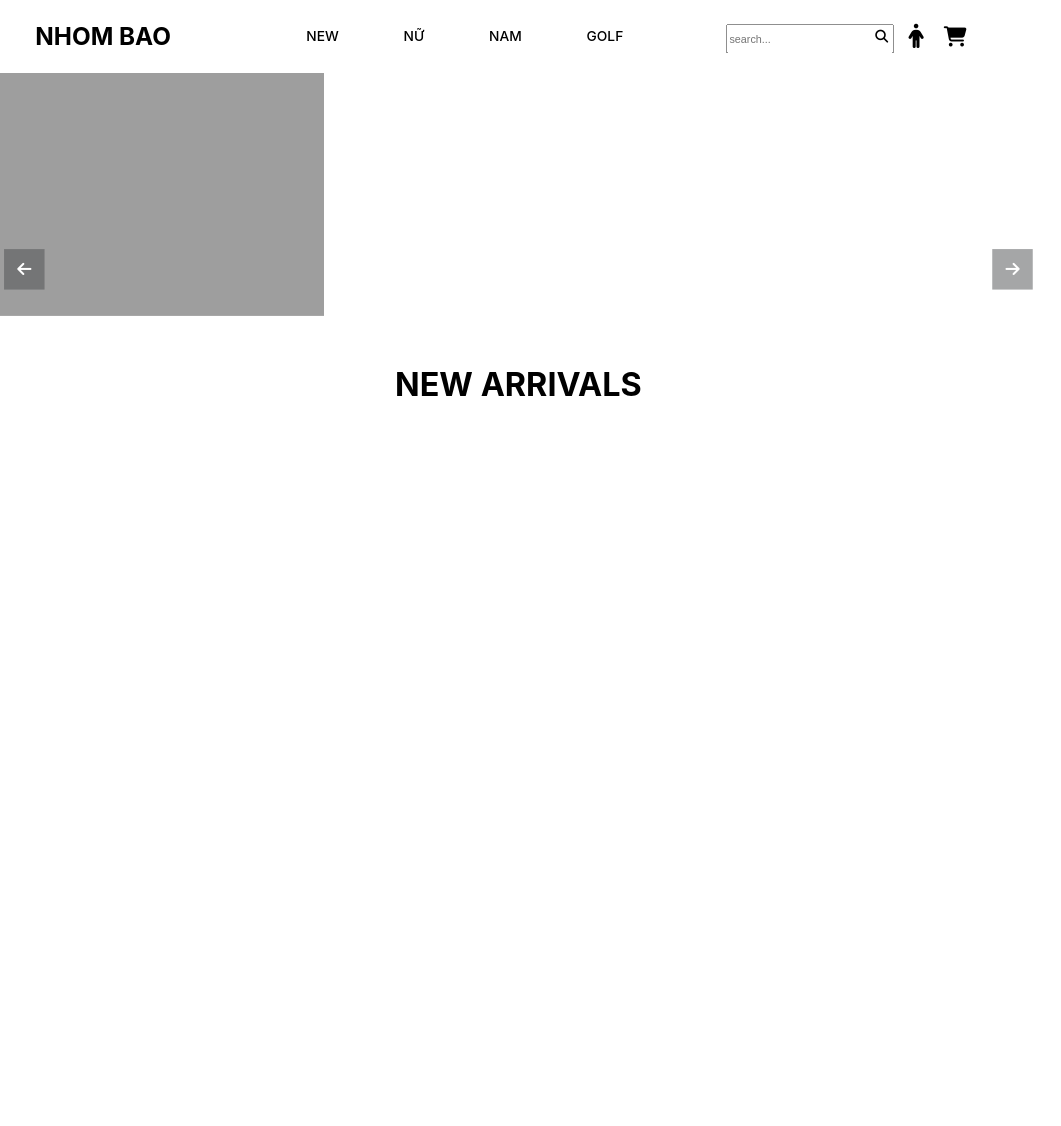
Repository: 0584386177/CuoiKiReactJs
Page: /
The author's editor kept a copy of each file at every save. The page is drawn from the files as they stood at one save, then again after the next save.
The browser window is 1280 px wide. The page is 1280 px wide, then 1310 px, so the pictures cover 1310 px, including what lies to the right of the window. The pictures show the whole page, at 81% of full size.
Pictures or frames that could not be fetched are drawn as grey boxes. The page's requests for data from a server got no answer. The project was rebuilt for these pictures with package versions that can differ from the ones it lists, and the page was loaded fresh each time. No one was signed in, and anything a server would have sent is missing. Also part of the build but not shown: src/components/Men/Men.jsx, src/components/Women/Women.jsx.

Above is the page before, as saved 2023-11-10 23:23:38.

### src/App.js
import React from 'react';
import Page from './components/Page/Page';
import { Route,Routes } from 'react-router-dom';
import Men from './components/Men/Men';
import Women from './components/Women/Women';

const App = () => {
  return (
    <div>
      <Routes>
        <Route path='/' element = {<Page></Page>}></Route>
        <Route path='/women' element = {<Women></Women>}></Route>
        <Route path='/men' element={<Men></Men>}></Route>
      </Routes>
    </div>
  );
};

export default App;

### src/components/Page/Page.jsx
import React from 'react';
import Header from './Header';
import styled from 'styled-components';
import Slider from './Slider';
import NewArrivals from './NewArrivals';
const PageWrapper = styled.div`
    width: 100%;
    height: 100vh;
    max-width:1980px;
    margin: 0 auto;

`
const Page = () => {
    return (
        <PageWrapper>
        <Header/>
        <Slider/>
        <NewArrivals/>
        </PageWrapper>
    );
};

export default Page;

### src/components/Page/Header.jsx
import React from "react";
import styled from "styled-components";

const HeaderWrapper = styled.div`
  width: 100%;
  height: 90px;
  display: flex;
  justify-content: space-around;
  align-items: center;
`;
const HeaderLogo = styled.div`
  font-size: 15px;
`;
const HeaderMenu = styled.div`
  ul {
    display: flex;
    list-style: none;

    li {
      padding: 10px 20px;

      a {
        display: block;
        padding: 10px 20px;
        text-decoration: none;
        color: #000;
        font-weight: 500;
        font-size: 17px;
        position: relative;
      }
      a::before {
        content: "";
        position: absolute;
        left: 0;
        bottom: 0;
        height: 2px;
        background: #000000;
        transition: all 0.3s ease;
      }
      a:hover::before {
        width: 100%;
        animation: fluent 0.5s forwards;
      }
    }

    @keyframes fluent {
      0% {
        width: 0px;
      }
      100% {
        width: 100%;
      }
    }
  }
`;
const HeaderFeatures = styled.div`
  display: flex;
  align-items: center;
  width: 340px;
  height: 100%;
`;
const HeaderSearch = styled.div`
  width: 200px;
  height: 30px;
  position: relative;

  input {
    width: 200px;
    height: 30px;
  }
  i {
    position: absolute;
    right: 0;
    top: 50%;
    transform: translateY(-50%);
  }
`;
const HeaderAccount = styled.div`
  margin: 0px 25px;
  font-size: 30px;
`;
const HeaderCart = styled.div`
    font-size: 25px;
`;

const Header = () => {
  return (
    <HeaderWrapper>
      <HeaderLogo>
        <h1>NHOM BAO</h1>
      </HeaderLogo>
      <HeaderMenu>
        <ul>
          <li>
            <a href="#">NEW</a>
          </li>
          <li>
            <a href="#">NỮ</a>
          </li>
          <li>
            <a href="#">NAM</a>
          </li>
          <li>
            <a href="#">GOLF</a>
          </li>
        </ul>
      </HeaderMenu>
      <HeaderFeatures>
        <HeaderSearch className="search">
          <input type="text" placeholder="search..."></input>
          <i class="fa-solid fa-magnifying-glass"></i>
        </HeaderSearch>
        <HeaderAccount className="account">
          <i class="fa-solid fa-person"></i>
        </HeaderAccount>
        <HeaderCart className="cart">
          <i class="fa-solid fa-cart-shopping"></i>
        </HeaderCart>
      </HeaderFeatures>
    </HeaderWrapper>
  );
};

export default Header;

### src/components/Page/Slider.jsx
import React, { useState } from "react";
import styled from "styled-components";

const SliderWrapper = styled.div`
  width: 100%;
  height :800px;
  position: relative;
`;
const SliderButton = styled.div`
  width: 100%;
  position: absolute;
  top: 29%;
  left: 0;
  transform: translateY(-29%);
  display: flex;
  justify-content: space-between;
  align-items: center;
`;
const SliderNext = styled.button`
  width: 50px;
  height: 50px;
  color: white;
  background-color: rgba(76, 78, 80, 0.5);
  outline: none;
  border: none;
  margin-right: 5px;
  font-size: 20px;
  cursor: pointer;
`;
const SliderPre = styled.button`
  width: 50px;
  height: 50px;
  color: white;
  background-color: rgba(76, 78, 80, 0.5);
  outline: none;
  border: none;
  margin-left: 5px;
  font-size: 20px;
  cursor: pointer;
`;
const ArrivalsTitle = styled.div`
  position: relative;

  h1{
    position:absolute;
    top: 50%;
    left: 50%;
    transform: translate(-50%,-50%);
    margin: 5rem 0px;
    font-size: 40px;
  }
`
const Slider = () => {
  const arrayImage = [
    "https://file.hstatic.net/1000143422/file/desktop_banner_slider_1920x600_2link_ult-trn_4b3327ceb7184530ae9783ad00500c46.jpg",
    "https://file.hstatic.net/1000143422/file/desktop_banner_slider_1920x600_2link_street_9e990a78d04646e3ae0fe35feb29b499.jpg",
    "https://file.hstatic.net/1000143422/file/hero-desk_c4-w-1920x720_0cadeff9488b4baab4c417601e60ba7a.jpg",
    "https://file.hstatic.net/1000143422/file/ec-desktop_banner_1920x600px_062fbb7c60db49ada98de87f9f03862c.png",
    "https://file.hstatic.net/1000143422/file/desktop_banner_slider_1920x600_2link_soft_dd3b9719fd3e4818bb108c020a9af7a2.jpg",
  ];

  const [ImageIndexCurrent, setImageIndexCurrent] = useState(0);
  const handleClickNext = () => {
    setImageIndexCurrent(ImageIndexCurrent + 1);
    if (ImageIndexCurrent === 4) setImageIndexCurrent(0);
  };
  const handleClickPre = () => {
    setImageIndexCurrent(ImageIndexCurrent - 1);
    if (ImageIndexCurrent === 0) setImageIndexCurrent(4);
  };
  return (
    <SliderWrapper>
      <div className="image">
        <img src={arrayImage[ImageIndexCurrent]} alt=""></img>
      </div>
      <SliderButton>
        <SliderPre onClick={handleClickPre}>
          <i class="fa-solid fa-arrow-left"></i>
        </SliderPre>
        <SliderNext onClick={handleClickNext}>
          <i class="fa-solid fa-arrow-right"></i>
        </SliderNext>
      </SliderButton>
      <ArrivalsTitle>
        <h1>NEW ARRIVALS</h1>
      </ArrivalsTitle>

    </SliderWrapper>
  );
};

export default Slider;

### src/components/Page/NewArrivals.jsx
import React, { useEffect, useState } from "react";
import styled from "styled-components";

const ArrivalsWrapper = styled.div`
  width: 100%;
  height: 500px;
  display: flex;
  justify-content: center;
`;
// const ArrivalsTitle = styled.h1`
//   padding: 20px 0px;
// `;
const ArrivalsItems = styled.div`
  display: flex;
`;

const ArrivalsItem = styled.div`
  width: 315px;
  height: 405px;
  padding: 10px 10px;
  display: flex;
  flex-direction: column;
  align-items: center;
`;
const ItemImg = styled.img`
  width: 100%;
  height: 300px;
  object-fit: cover;
  flex-shrink: 0;
`;
const api = "http://localhost:3000/products";
const NewArrivals = () => {
  const [products, setProducts] = useState([null]);
  console.log(products);
  useEffect(() => {
    const fetchData = async () => {
      const response = await fetch(api);
      const data = await response.json();
      return setProducts(data);
    };
    fetchData();
  }, []);
  return (
    <ArrivalsWrapper>
      {/* <ArrivalsTitle>NEW ARRIVALS</ArrivalsTitle> */}

      <ArrivalsItems>
        {products[0]&&Array(4)
          .fill(null)
          .map((item, index) => {
            return (
              <ArrivalsItem>
                <ItemImg src={item?.image} alt="" key={index} />
                <h4>{item?.name}</h4>
              </ArrivalsItem>
            );
          })}

      </ArrivalsItems>
    </ArrivalsWrapper>
  );
};

export default NewArrivals;

Loaded but not shown: public/index.html (common file); src/index.js (common file); src/index.css (common file); src/reportWebVitals.js (common file)

After the next save:
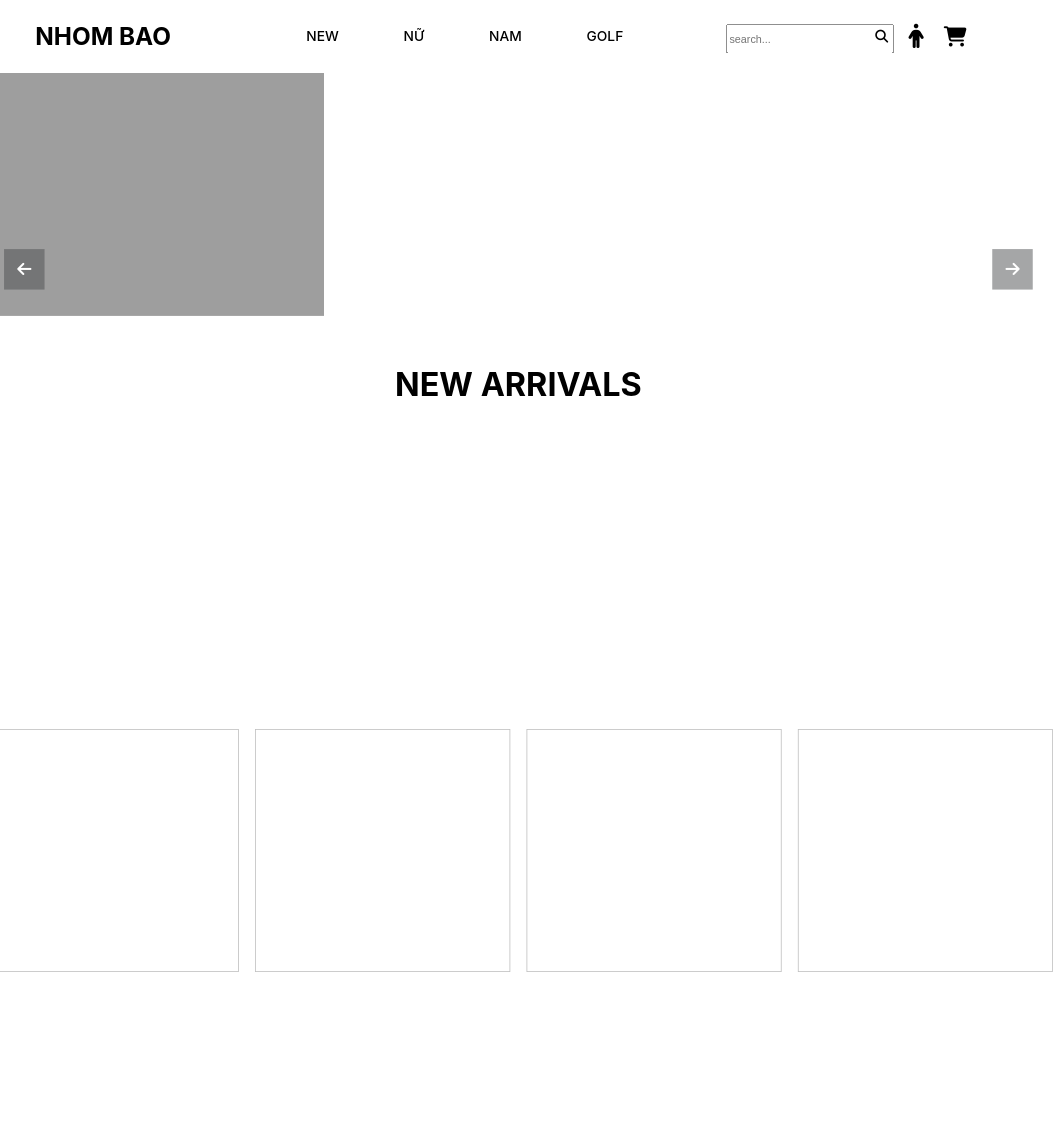
Saved 6 s later.
--- a/src/components/Page/NewArrivals.jsx
+++ b/src/components/Page/NewArrivals.jsx
@@ -45,7 +45,7 @@ const NewArrivals = () => {
       {/* <ArrivalsTitle>NEW ARRIVALS</ArrivalsTitle> */}
 
       <ArrivalsItems>
-        {products[0]&&Array(4)
+        {Array(4)
           .fill(null)
           .map((item, index) => {
             return (
